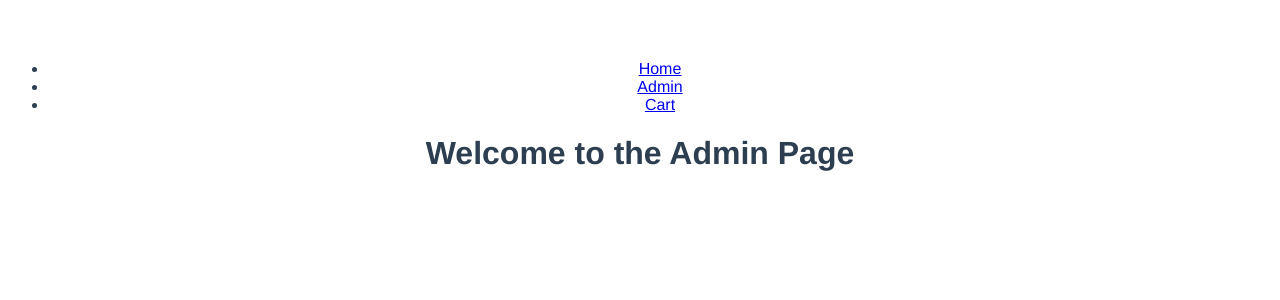
Repository: gandipapa/vue-online-shop-frontend
Page: /#/admin/new
An editor plug-in stored every save of this project. The page is shown before and after the next save, followed by the edit.
The browser window is 1280 px wide. The pictures show the whole page.
The project was rebuilt for these pictures with package versions that can differ from the ones it lists, and the page was loaded fresh each time. Also part of the build but not shown: src/pages/Home.vue, src/pages/Cart.vue, src/pages/admin/New.vue, src/pages/admin/Products.vue, src/pages/admin/Edit.vue. Imported but missing from the stored project, and not drawn on this page: src/components/products/ProductItem.vue.

Above is the page before, as saved 2021-03-17 15:56:09.

After the next save:
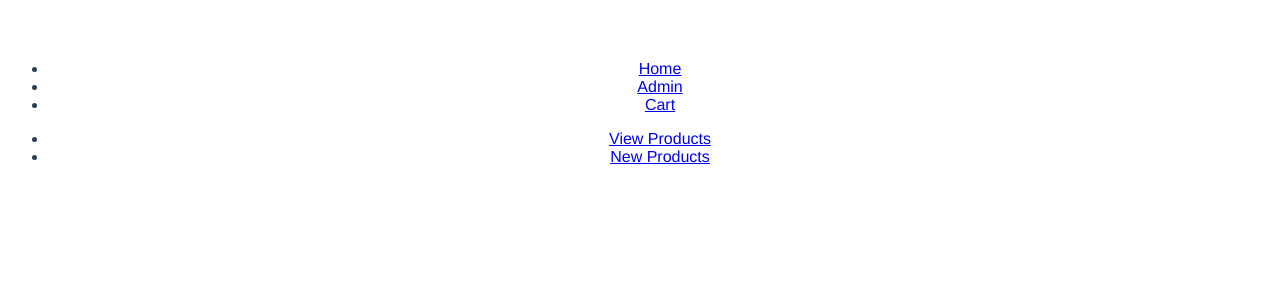
Saved 7 min 42 s later.
--- a/src/pages/admin/Index.vue
+++ b/src/pages/admin/Index.vue
@@ -1,7 +1,18 @@
 <template>
     <div>
-        <div class="title">
-            <h1>{{msg}}</h1>
+        <div class="admin-new">
+            <div class="container">
+                <div class="col-lg-3 col-md-3 col-sm-12 col-xs-12">
+                    <ul class="admin-menu">
+                        <li>
+                            <router-link to="/admin">View Products</router-link>
+                        </li>
+                        <li>
+                            <router-link to="/admin/new"> New Products</router-link>
+                        </li>
+                    </ul>
+                </div>
+            </div>
         </div>
     </div>
 </template>
